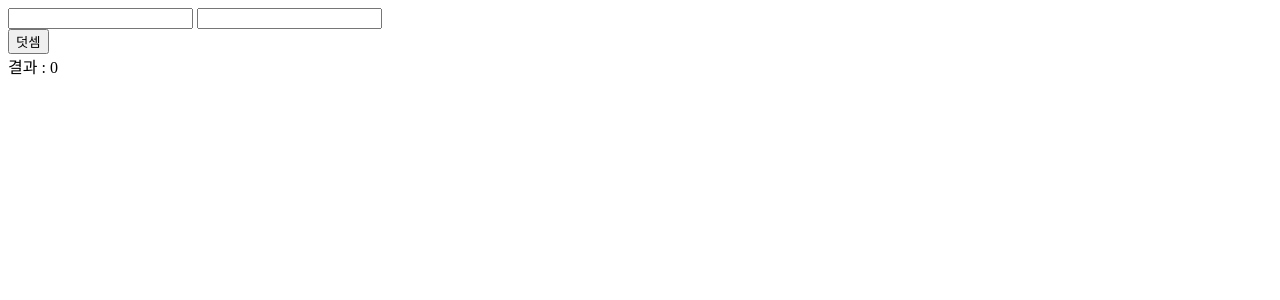
Repository: bluesky3268/Servlet_Jsp
Page: JSPPrj/WebContent/add2.html
These files come from the project's save history. The page is drawn as it stood at one moment and after a run of saves; the edit follows.
The browser window is 1280 px wide. The pictures show the whole page.

Above is the page before, as saved 2021-02-18 00:48:00.

After the next 2 saves:
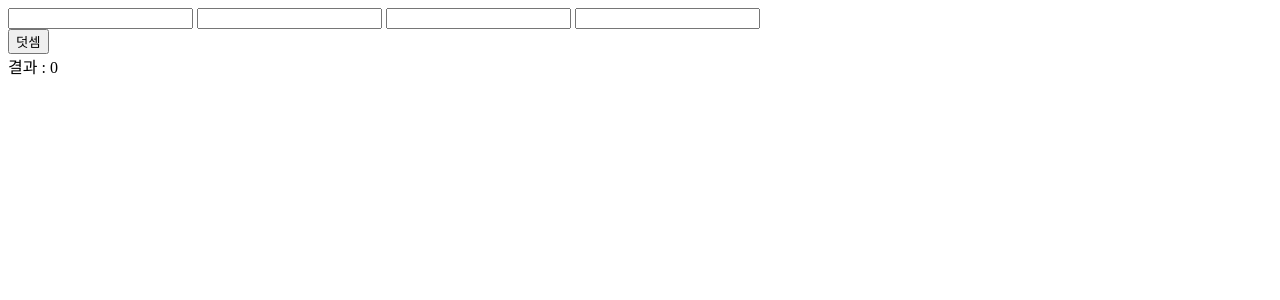
The 2 saves are shown as one change because they came seconds apart.
The last was saved 10 s later.
--- a/JSPPrj/WebContent/add2.html
+++ b/JSPPrj/WebContent/add2.html
@@ -8,7 +8,9 @@
 	<form action="add2" method ="post">
 		<div>
 			<input type="text" name="num"/> <!-- name을 같게 여러개 만들면 배열로 인식함. -->
-			<input type="text" name="y"/>
+			<input type="text" name="num"/>
+			<input type="text" name="num"/>
+			<input type="text" name="num"/>
 		</div>
 		<div>
 			<input type="submit" value="덧셈">
